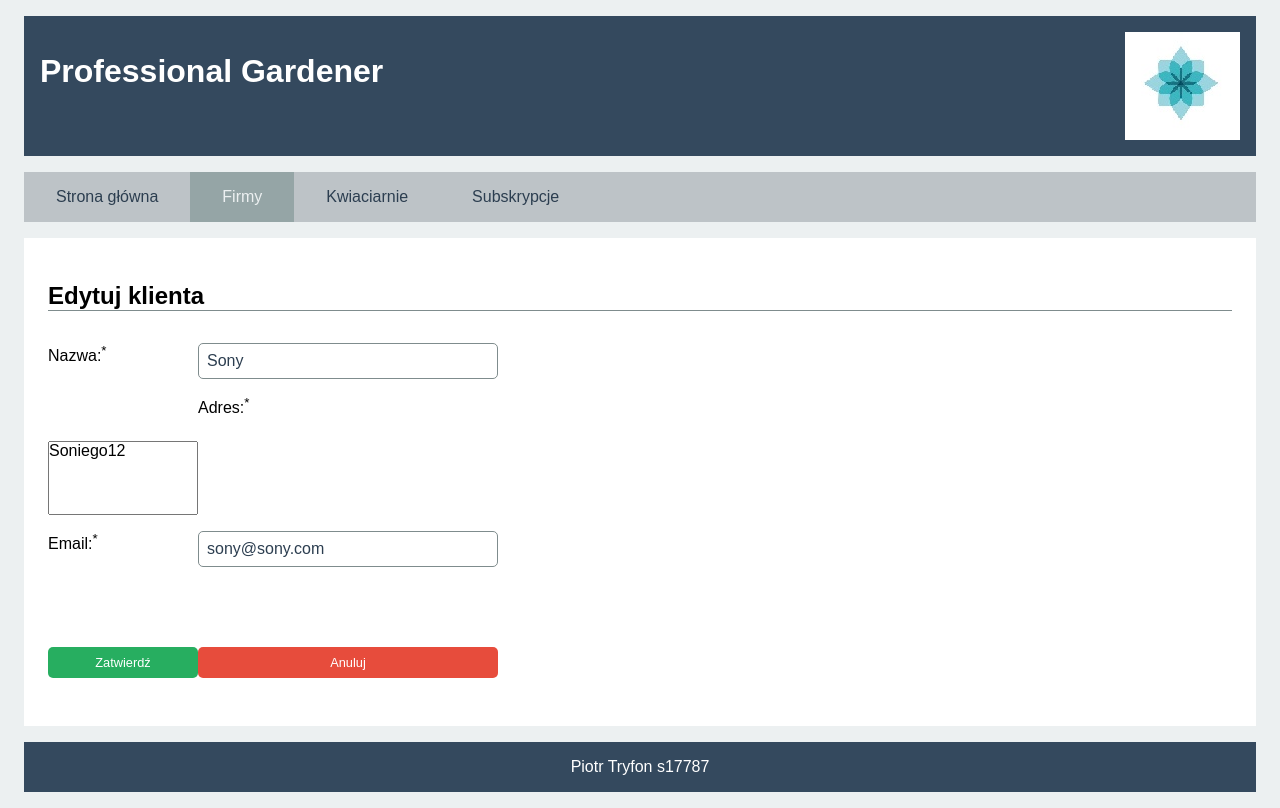
Repository: s17787/TIN
Page: tin_zaoczne_12_s17787_html-css/pages/client-edit.html
These files come from the project's save history. The page is drawn as it stood at one moment and after the next save; the edit follows.
The browser window is 1280 px wide. The pictures show the whole page.

Above is the page before, as saved 2021-01-06 08:19:11.

After the next save:
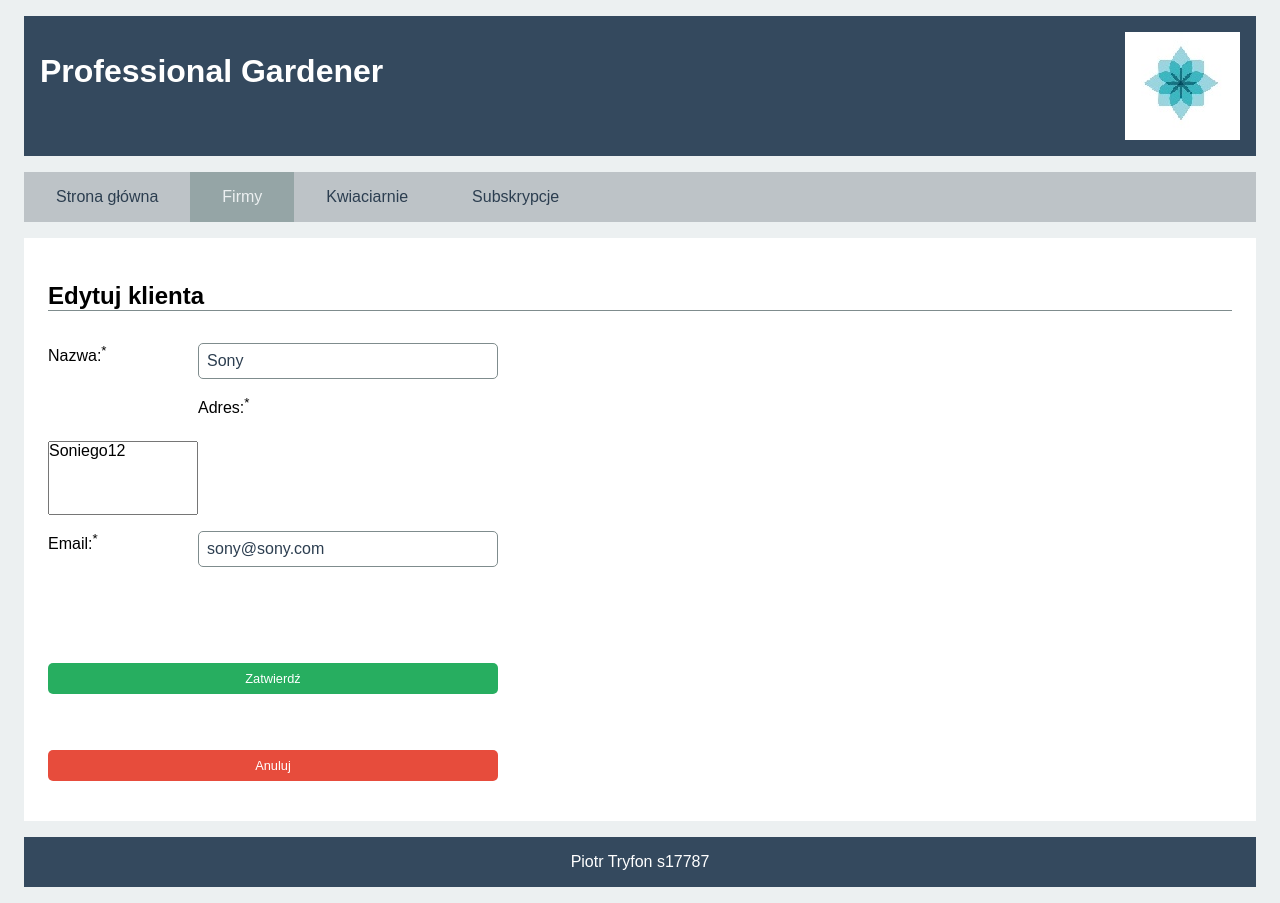
Saved 10 s later.
--- a/tin_zaoczne_12_s17787_html-css/css/style.css
+++ b/tin_zaoczne_12_s17787_html-css/css/style.css
@@ -218,7 +218,7 @@ abbr[title='required'] {
     color: #c0392b;
 }
 
-.form a {
+.form p {
     grid-column-start: span 2;
 }
 
